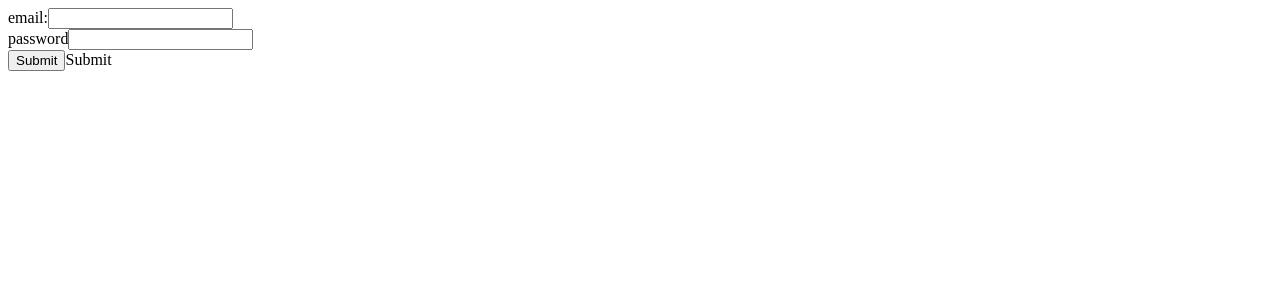
Repository: purval/financialportfolio
Page: http://localhost/Client/Client.jsp
An editor plug-in stored every save of this project. The page is shown before and after the next save, followed by the edit.
The browser window is 1280 px wide. The pictures show the whole page.
The page is served by Tomcat 9.

Above is the page before, as saved 2014-11-04 09:44:58.

After the next save:
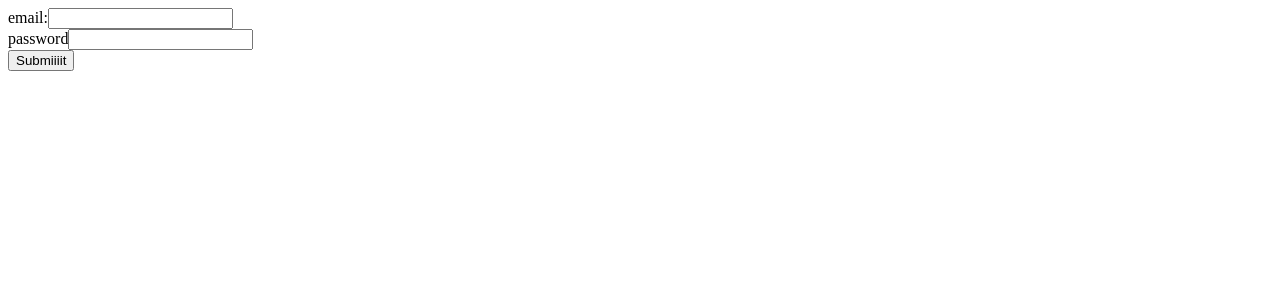
Saved 23 s later.
--- a/Client/WebContent/Client.jsp
+++ b/Client/WebContent/Client.jsp
@@ -11,7 +11,7 @@
 <form action="/login" method="post">
 email:<input type="text" name="email" id="email"/><br>
 password<input type="text" name="password" id="password"/><br>
-<input type="submit">Submit</input>
+<input type="submit" value="Submiiiit"/>
 </form>
 </body>
 </html>
